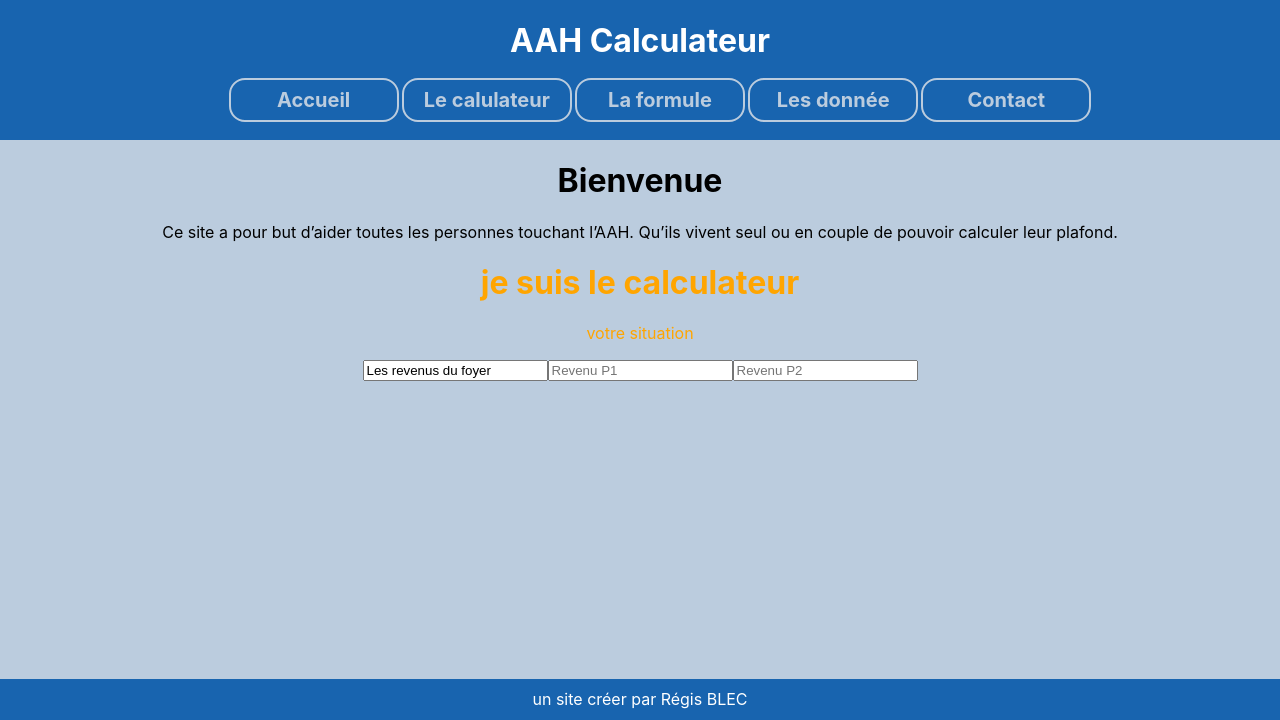
Repository: Cide74/calculateur-aah
Page: /
An editor plug-in stored every save of this project. The page is shown before and after a run of saves, followed by the edit.
The browser window is 1280 px wide. The pictures show the whole page.
The project was rebuilt for these pictures with package versions that can differ from the ones it lists, and the page was loaded fresh each time.

Above is the page before, as saved 2021-04-05 17:24:02.

### public/index.html
<!DOCTYPE html>
<html lang="fr">
  <head>
    <meta charset="utf-8" />
    <link rel="icon" href="%PUBLIC_URL%/logoAAH.ico" />
    <meta name="viewport" content="width=device-width, initial-scale=1" />
    <meta name="theme-color" content="#000000" />
    <meta
      name="description"
      content="Web site created using create-react-app"
    />
    <link rel="apple-touch-icon" href="%PUBLIC_URL%/logoAAH.jpg" />
    <!--
      manifest.json provides metadata used when your web app is installed on a
      user's mobile device or desktop. See https://developers.google.com/web/fundamentals/web-app-manifest/
    -->
    <link rel="manifest" href="%PUBLIC_URL%/manifest.json" />
    <!--
      Notice the use of %PUBLIC_URL% in the tags above.
      It will be replaced with the URL of the `public` folder during the build.
      Only files inside the `public` folder can be referenced from the HTML.

      Unlike "/favicon.ico" or "favicon.ico", "%PUBLIC_URL%/favicon.ico" will
      work correctly both with client-side routing and a non-root public URL.
      Learn how to configure a non-root public URL by running `npm run build`.
    -->
    <title>React App</title>
  </head>
  <body>
    <noscript>You need to enable JavaScript to run this app.</noscript>
    <div id="root"></div>
    <!--
      This HTML file is a template.
      If you open it directly in the browser, you will see an empty page.

      You can add webfonts, meta tags, or analytics to this file.
      The build step will place the bundled scripts into the <body> tag.

      To begin the development, run `npm start` or `yarn start`.
      To create a production bundle, use `npm run build` or `yarn build`.
    -->
  </body>
</html>

### src/index.css
body {
  margin: 0;
  font-family: -apple-system, BlinkMacSystemFont, 'Segoe UI', 'Roboto', 'Oxygen',
    'Ubuntu', 'Cantarell', 'Fira Sans', 'Droid Sans', 'Helvetica Neue',
    sans-serif;
  -webkit-font-smoothing: antialiased;
  -moz-osx-font-smoothing: grayscale;







  background-color:#BBCCDE;
  background-color:#1864AF;
}

code {
  font-family: source-code-pro, Menlo, Monaco, Consolas, 'Courier New',
    monospace;
}

### src/App.js
import Header from './components/Header/Header';
import Menu from './components/Menu/Menu';
import Main from './components/Main/Main';
import Footer from './components/Footer/Footer';

import './App.scss';

function App() {
  return (
    <div className="App">
      <Header />
      <Menu />
      <Main />
      <Footer />
    </div>
  );
}

export default App;

### src/components/Header/Header.js
//import Menu from '../Menu/Menu';
import './Header.scss';

export default function Header() {
  return (
    <div className="header">
      <h1 className="header-title">AAH Calculateur</h1>

    </div>
  );
}

### src/components/Menu/Menu.js

import './Menu.scss';

export default function Menu() {
  return (
		<nav className="menu">
			<ul className="menu__list">
				<li className="menu__item menu__item--current">
          <a className="menu__link">Accueil</a></li>
				<li className="menu__item">
          <a className="menu__link">Le calulateur</a></li>
				<li className="menu__item">
          <a className="menu__link">La formule</a></li>
				<li className="menu__item">
          <a className="menu__link">Les donnée</a></li>
				<li className="menu__item">
          <a className="menu__link">Contact</a></li>
			</ul>
		</nav>
  );
}

### src/components/Main/Main.js
import Home from '../Home/Home';
import Calculator from '../Calculator/Calculator';

import './Main.scss';

export default function Main() {
  return (
    <div className="Main">
      < Home />
      < Calculator />

    </div>
  );
}

### src/components/Footer/Footer.js
import './Footer.scss';

export default function Footer() {
  return (
    <div className="Footer">
      <h1 className="Footer-title">un site créer par Régis BLEC</h1>
    </div>
  );
}

### src/App.scss
.App {

  text-align: center;
  background-color:#1864AF ;
  background-color:#BBCCDE;

  display: flex;
  flex-direction: column;
  min-height: 100vh;

  h1 {
   // color:white;
  }
}

### src/components/Header/Header.scss
.header {
    background-color:#1864AF;
    &-title {
        color: white;
        font-size: 2em;
        background-color:#1864AF;
        margin-bottom: 0rem ;
    }
}

### src/components/Menu/Menu.scss
.menu {
    color:#BBCCDE;
    background-color:#1864AF;
    &__list {
        display:inline-flex;
    }
    &__item {
        max-width: auto;
        margin:0.1rem;
        padding: 0.5rem;
        list-style:none;
        font-size: 1.25em;
        font-weight: bolder;
        border-radius: 1rem ;
        border:2px solid #BBCCDE;
        min-width: 150px;
    }
    &__item:hover {
            color :#1864AF;
            border-radius: 3rem ;
            background-color:#BBCCDE;
        }
}

### src/components/Home/Home.js


import './Home.scss';

export default function Home() {
  return (
    <div className='Home'>
      <h1>Bienvenue</h1>
      <p>Ce site a pour but d’aider toutes les personnes touchant l’AAH. Qu’ils vivent seul ou en couple de pouvoir calculer leur plafond. </p>

    </div>
  );
}

### src/components/Calculator/Calculator.js
import React from 'react';


import './Calculator.scss';

export default function Calculator() {






  return (
    <div className='calculateur'>
      <h1>je suis le calculateur</h1>
        <form>
          <p>votre situation</p>
          <div className='situation'>

          </div>
        </form>


      <form className='form'>
        <div className="field-revenu">
          <input
            type='text'
            className='field-input-revenu'
            onChange= ''
            value="Les revenus du foyer"
            name='revenu-text'
          />
          <input
            type='number'
            className='field-input-revenu'
            onChange= ''
            value=""
            //onChange={handleChange}
            placeholder='Revenu P1 '
            name='revenu1'
          />
          <input
            type='number'
            className='field-input-revenu'
            onChange= ''
            value=""
            //onChange={handleChange}
            placeholder='Revenu P2 '
            name='revenu1'
          />
        </div>
      </form>
    </div>
  );
}

### src/components/Main/Main.scss
.Main {
    background-color: #BBCCDE;
    flex: 1;


    p {
    overflow: auto;
    }

}

### src/components/Footer/Footer.scss
.Footer {

    text-align: center;
    background-color:#1864AF;

    position: relative;
    width: 100%;

    &-title {
        text-align: center;
        text-overflow: clip;
        color:white;
        font-weight: normal;
        font-size: 1em;
    }

}

### src/components/Calculator/Calculator.scss
.calculateur {
    color:orange;
    font-

    field-input-revenu {
        color:red;
        margin-right: 1rem;
    }
}

Loaded but not shown: src/index.js (common file); src/reportWebVitals.js (common file); src/components/Home/Home.scss (no stored copy; drawn as an empty file)

After the next 2 saves:
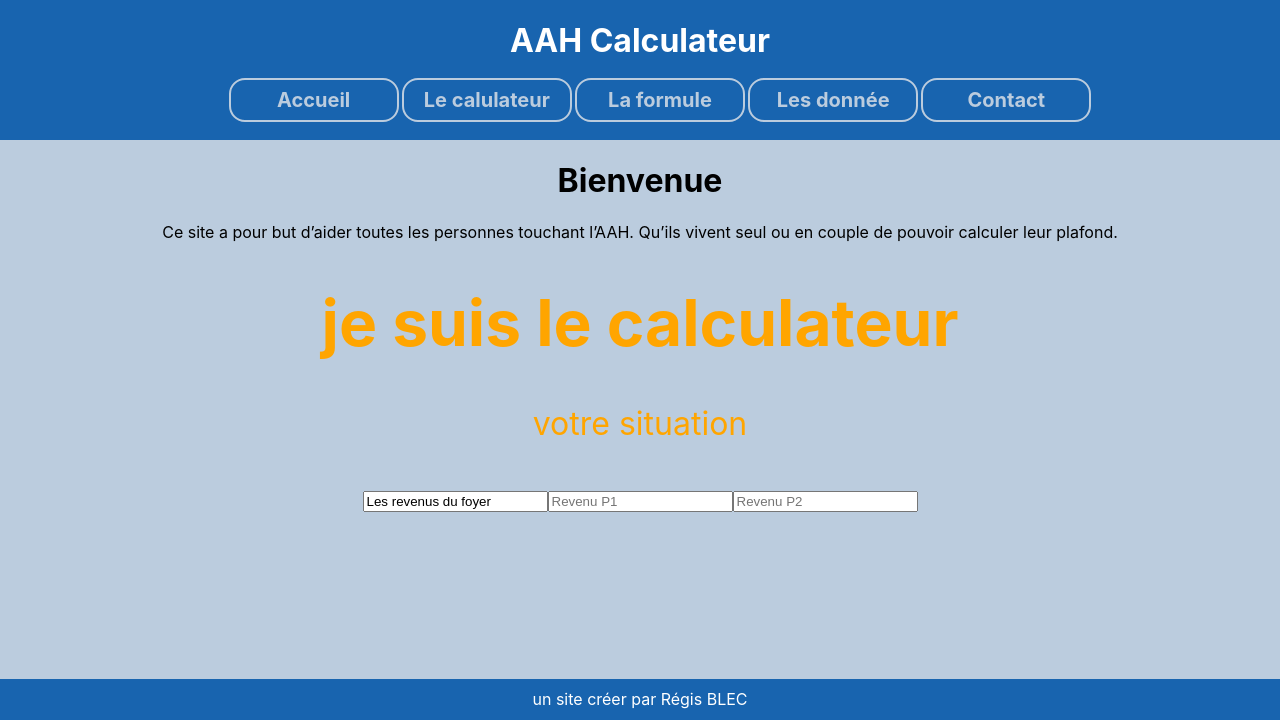
The 2 saves are shown as one change because 1 did not build or start.
The last was saved 6 s later.
--- a/src/components/Calculator/Calculator.scss
+++ b/src/components/Calculator/Calculator.scss
@@ -1,6 +1,6 @@
 .calculateur {
     color:orange;
-    font-
+    font-size: 2rem;
 
     field-input-revenu {
         color:red;
